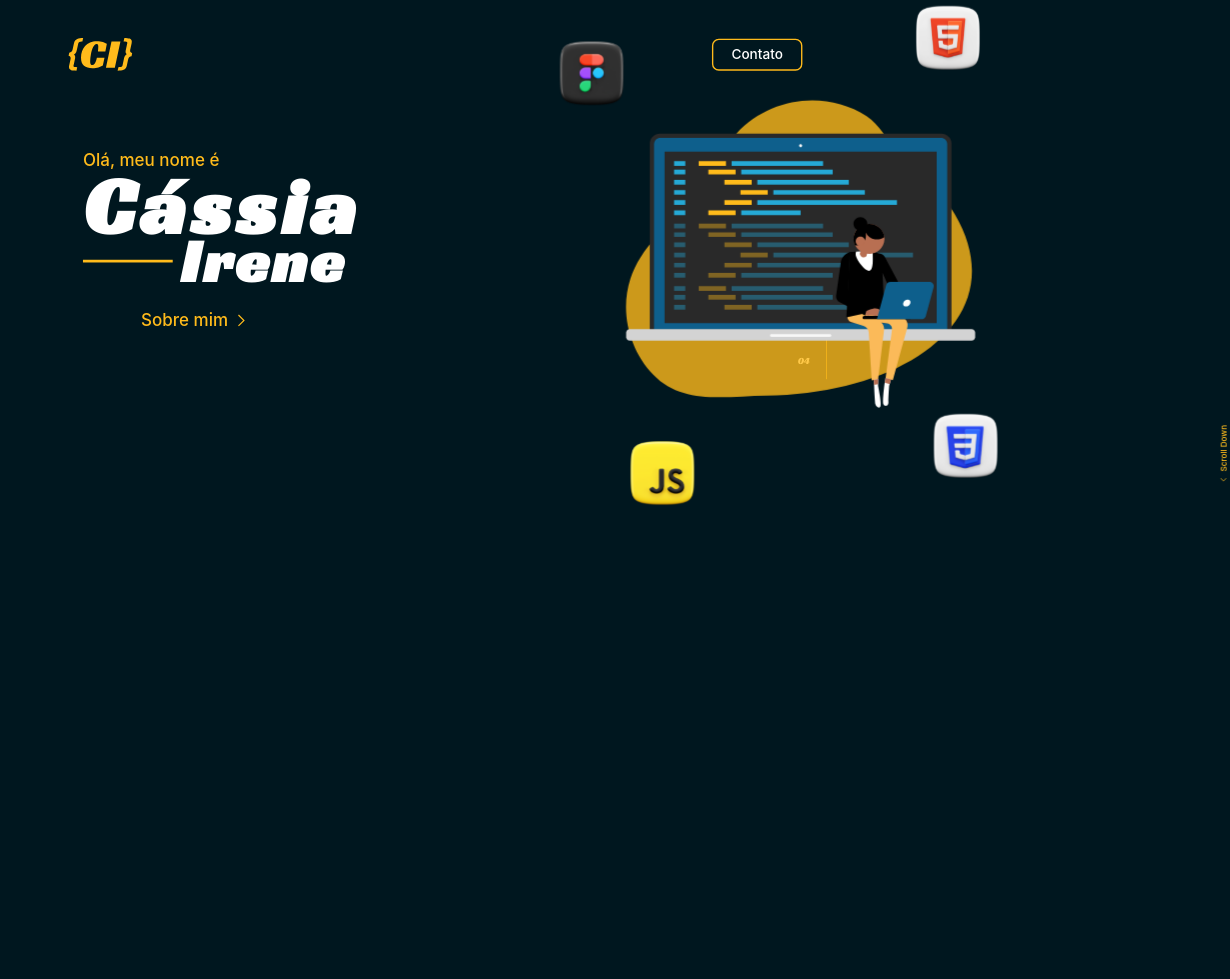
Repository: Cassia-Irene/My-Portfolio
Page: /
An editor plug-in stored every save of this project. The page is shown before and after the next save, followed by the edit.
The browser window is 1280 px wide. The page is 1809 px wide, so the pictures cover 1809 px, including what lies to the right of the window. The pictures show the whole page, at 68% of full size.
The project was rebuilt for these pictures with package versions that can differ from the ones it lists, and the page was loaded fresh each time. Also part of the build but not shown: vite.config.ts.

Above is the page before, as saved 2025-08-03 21:55:19.

After the next save:
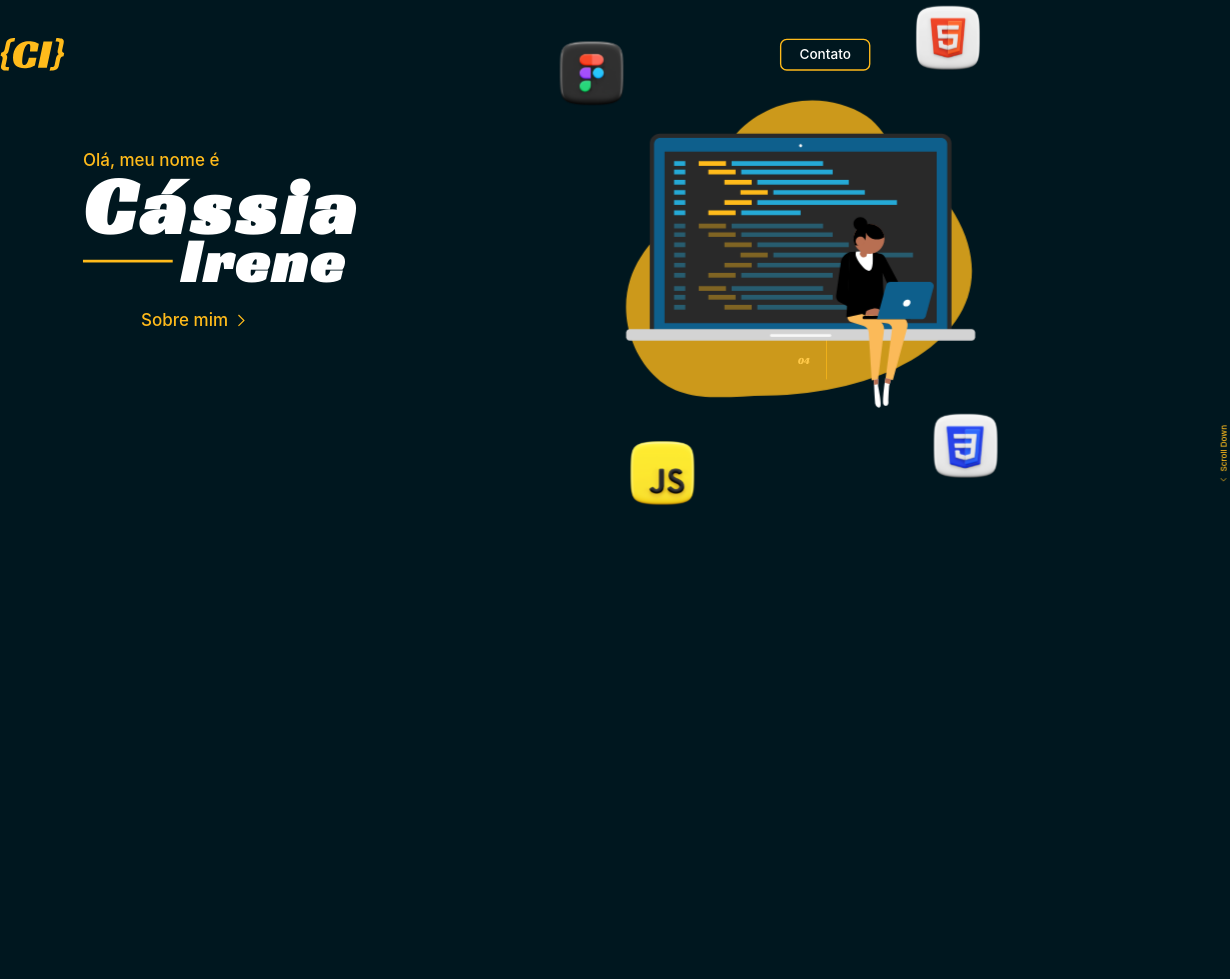
Saved 23 s later.
--- a/src/Header.tsx
+++ b/src/Header.tsx
@@ -7,7 +7,7 @@
     display: flex;
     justify-content: space-between;
     align-items: center;
-    padding: 80px 100px;
+    padding: 80px 0 100px;
     z-index: 1000;
     height: 100px;
     background-color: ${({ isScrolled }) => (isScrolled ? "#00171F" : "transparent")};

After the 2 saves that followed:
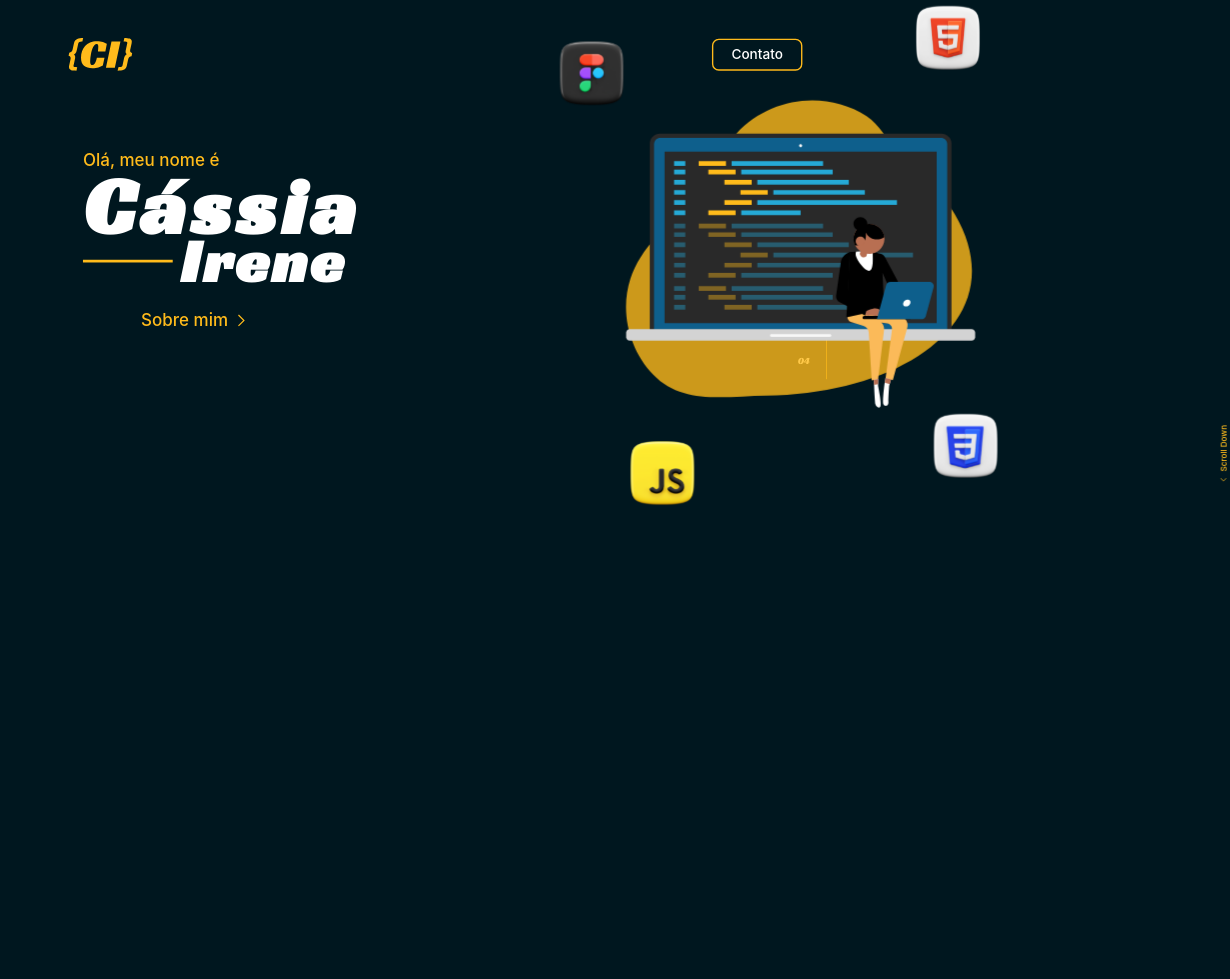
The 2 saves are shown as one change because 1 left the picture as it was.
The last was saved 10 s later.
--- a/src/Header.tsx
+++ b/src/Header.tsx
@@ -7,7 +7,7 @@
     display: flex;
     justify-content: space-between;
     align-items: center;
-    padding: 80px 0 100px;
+    padding: 80px 100px;
     z-index: 1000;
     height: 100px;
     background-color: ${({ isScrolled }) => (isScrolled ? "#00171F" : "transparent")};
